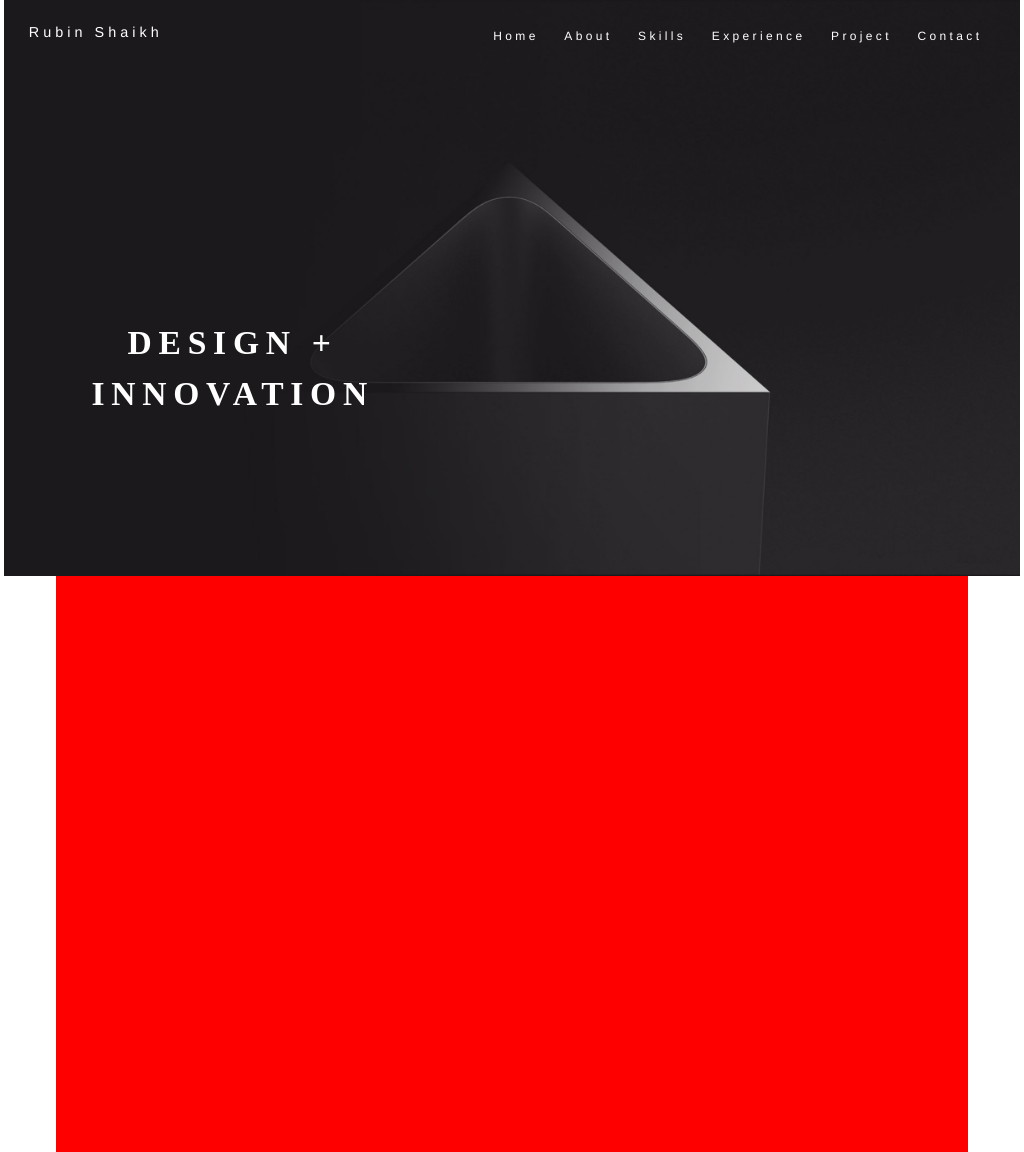
Repository: Rubin78/My-Portfolio
Page: /second
The author's editor kept a copy of each file at every save. The page is drawn from the files as they stood at one save, then again after the next save.
The browser window is 1280 px wide. The pictures show the whole page, at 80% of full size.
The project was rebuilt for these pictures with package versions that can differ from the ones it lists, and the page was loaded fresh each time. Also part of the build but not shown: src/components/First/First.module.css, src/components/First/First.js, src/components/Third.js.

Above is the page before, as saved 2020-07-21 17:28:46.

After the next save:
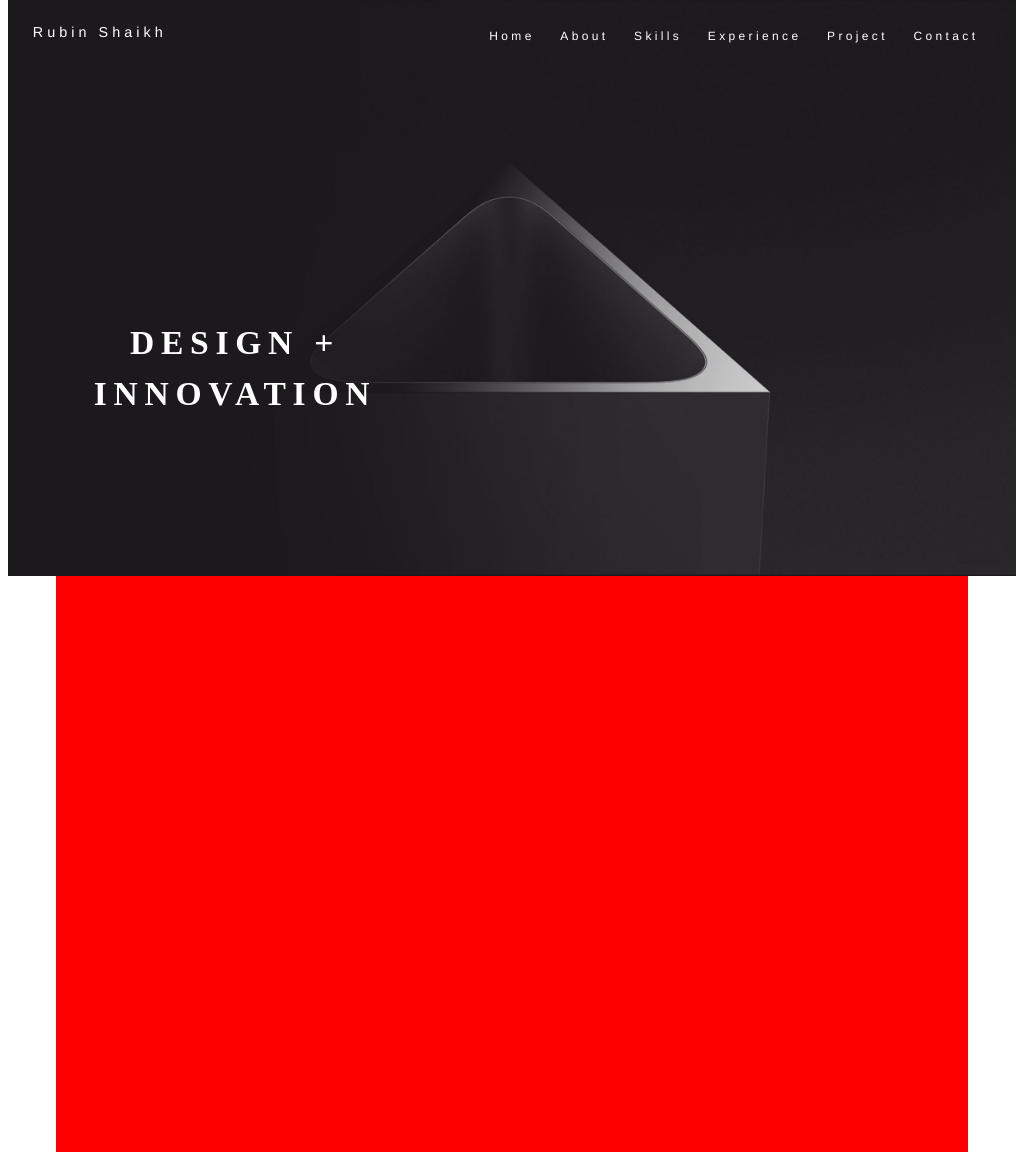
Saved 15 s later.
--- a/src/components/Second.css
+++ b/src/components/Second.css
@@ -7,7 +7,7 @@
     background-size: cover;
     background-repeat: 'no-repeat';
     height: 100vh;
-    width: calc(100vw - 10px);
+    width: calc(100vw - 20px);
     overflow: hidden;
     position: relative;
 background-color: black;
